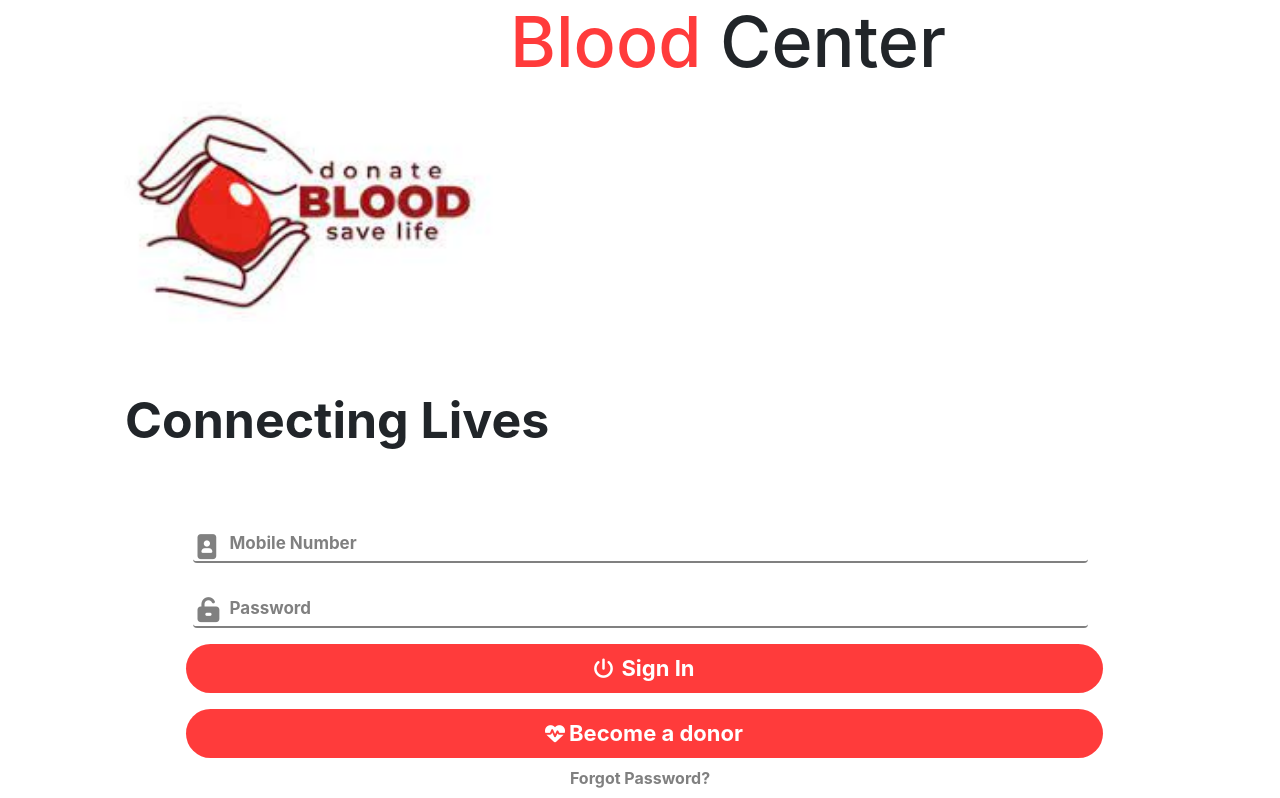
Repository: syedali042/jbds
Page: /
An editor plug-in stored every save of this project. The page is shown before and after the next save, followed by the edit.
The browser window is 1280 px wide. The pictures show the whole page.
Some web libraries are served in a nearby version. The project was rebuilt for these pictures with package versions that can differ from the ones it lists, and the page was loaded fresh each time. Also part of the build but not shown: src/components/Header.js, src/components/About.js, src/components/Register.js, src/components/Header2.js, src/components/Home.js, src/components/Header4.js, src/components/Request.js, src/components/Header3.js and 1 more.

Above is the page before, as saved 2021-11-09 20:18:39.

### public/index.html
<!DOCTYPE html>
<html lang="en">
  <head>
    <meta charset="utf-8" />
    <link rel="icon" href="%PUBLIC_URL%/favicon.ico" />
    <meta name="viewport" content="width=device-width, initial-scale=1" />
    <meta name="theme-color" content="#000000" />
    <meta
      name="description"
      content="Web site created using create-react-app"
    />
    <!--FontAwesome-->
    <script src="https://kit.fontawesome.com/f4576591a8.js" crossorigin="anonymous"></script>
    <!--FontAwesome ends-->
    <!--bootstrap-->
    <link rel="stylesheet" href="https://maxcdn.bootstrapcdn.com/bootstrap/4.0.0/css/bootstrap.min.css"
      integrity="sha384-Gn5384xqQ1aoWXA+058RXPxPg6fy4IWvTNh0E263XmFcJlSAwiGgFAW/dAiS6JXm" crossorigin="anonymous">
    <!--bootstrap ends-->
    <link rel="apple-touch-icon" href="%PUBLIC_URL%/logo192.png" />
    <!--
      manifest.json provides metadata used when your web app is installed on a
      user's mobile device or desktop. See https://developers.google.com/web/fundamentals/web-app-manifest/
    -->
    <link rel="manifest" href="%PUBLIC_URL%/manifest.json" />
    <!--
      Notice the use of %PUBLIC_URL% in the tags above.
      It will be replaced with the URL of the `public` folder during the build.
      Only files inside the `public` folder can be referenced from the HTML.

      Unlike "/favicon.ico" or "favicon.ico", "%PUBLIC_URL%/favicon.ico" will
      work correctly both with client-side routing and a non-root public URL.
      Learn how to configure a non-root public URL by running `npm run build`.
    -->
    <title>React App</title>
  </head>
  <body>
    <noscript>You need to enable JavaScript to run this app.</noscript>
    <div id="root"></div>
    <!--Jquery-->
    <script src="https://code.jquery.com/jquery-3.2.1.slim.min.js"
      integrity="sha384-KJ3o2DKtIkvYIK3UENzmM7KCkRr/rE9/Qpg6aAZGJwFDMVNA/GpGFF93hXpG5KkN" crossorigin="anonymous"></script>
    <script src="https://cdnjs.cloudflare.com/ajax/libs/popper.js/1.12.9/umd/popper.min.js"
      integrity="sha384-ApNbgh9B+Y1QKtv3Rn7W3mgPxhU9K/ScQsAP7hUibX39j7fakFPskvXusvfa0b4Q" crossorigin="anonymous"></script>
    <script src="https://maxcdn.bootstrapcdn.com/bootstrap/4.0.0/js/bootstrap.min.js"
      integrity="sha384-JZR6Spejh4U02d8jOt6vLEHfe/JQGiRRSQQxSfFWpi1MquVdAyjUar5+76PVCmYl" crossorigin="anonymous"></script>
    <!--Jquery ends-->
  </body>
</html>

### src/App.js
import './App.css';
import Login from './components/Login';
import About from './components/About';
import Register from './components/Register';
import Home from './components/Home';
import Request from './components/Request';
import Create from './components/Create';
import {
  BrowserRouter as Router,
  Switch,
  Route,
  Link
} from "react-router-dom";


function App() {
  return (
    <Router>
      <Switch>
        <Route path="/About">
          <About/>
        </Route>
        <Route path="/Login">
          <Login />
        </Route>
        <Route path="/Register">
          <Register />
        </Route>
        <Route path="/Create">
          <Create />
        </Route>
        <Route path="/Request">
          <Request />
        </Route>
        <Route path="/Home">
          <Home />
        </Route>
        <Route path="/">
          <Login />
        </Route>
      </Switch>
    </Router>
  );
}

export default App;

### src/App.css
*{
  margin: 0;
  padding: 0;
}
.con{
  font-size: 25px;
  font-weight: bold;
  position: relative;
  bottom: 35px;
  padding: 5px;
}
.em{
  border: none;
  border-bottom: 2px solid gray;
}
.pass{
  border: none;
  border-bottom: 2px solid gray;
}
.placehorder::placeholder {
  font-weight: bolder;
  color: gray;
  position: relative;
  left: 25px;
  font-size: 17px;
}
.forgot{
  color: gray;
  font-weight: bolder;
}
.login{
  color: gray;
  font-weight: bolder;
}
.fa-portrait{
  font-size: 20px;
  position: relative;
  top: 30px;
  left: 5px;
  color: gray;
}
.fa-unlock-alt{
   font-size: 20px;
  position: relative;
  top: 30px;
  left: 5px;
  color: gray;
}
.sign{
  width: 230px;
  position: relative;
  font-size: 22px;
  border-radius: 30px;
  background-color: #FF3B3B;
  color: white;
  font-weight: bolder;
  border: none;
}
.fa-power-off{
  font-size: 20px;
  position: relative;

  color: white ;
}
.donor{
  width: 230px;
  position: relative;
  font-size: 22px;
  border-radius: 30px;
  background-color: #FF3B3B;
  color: white;
  font-weight: bolder;
  border: none;
  letter-spacing: o.1;
}
.fa-heartbeat{
   font-size: 20px;
  position: relative;

  color: white ;
}
@media screen and (max-width: 440px){

  .con{
  font-size: 20px;
  font-weight: bold;
  position: relative;
  bottom: 35px;
  padding: 5px;
}
.blood{
  font-size: 27px;
}
.img{
  position: relative;
  right: 20px;
}
.formik{
  position: relative;
  bottom: 50px;
}
.pass{
  border: none;
  border-bottom: 2px solid gray;

}

.donor{
  width: 210px;
  position: relative;
  font-size: 22px;
  border-radius: 30px;
  background-color: #FF3B3B;
  color: white;
  font-weight: bolder;
  border: none;
  letter-spacing: o.1;
}
.sign{
  width: 210px;
  position: relative;
  font-size: 22px;
  border-radius: 30px;
  background-color: #FF3B3B;
  color: white;
  font-weight: bolder;
  border: none;
}

}
@media screen and (min-width: 768px){


  .img{
  position: relative;
  width: 400px;
  left: 40px;
}
  .con{
  font-size: 50px;
  font-weight: bold;
  position: relative;
  bottom: 35px;
  padding: 5px;
  left: 50px;
}
.blood{
  font-size: 70px;
  position: relative;
  left: 40px;
}

.name{
  border: none;
  border-bottom: 2px solid gray;
   margin-top: 10px;
  height: 70px;
}


.adress{
    border: none;
  border-bottom: 2px solid gray;
   margin-top: 10px;
  height: 70px;
}
input::placeholder {
  font-weight: bolder;
  color: gray;
  position: relative;
  left: 45px;
  font-size: 30px;
}
.fa-portrait{
  font-size: 25px;
  position: relative;
  top: 37px;
  left: 5px;
  color: gray;
}
.fa-unlock-alt{
   font-size: 25px;
  position: relative;
  top: 35px;
  left: 5px;
  color: gray;
}
.fa-mobile-alt{
    font-size: 30px;
  position: relative;
  top: 55px;
  left: 5px;
  color: gray;
}
.fa-map-marker-alt{
   font-size: 30px;
  position: relative;
  top: 55px;
  left: 5px;
  color: gray;
}
.fa-disease{
 font-size: 30px;
  position: relative;
  top: 55px;
  left: 5px;
  color: gray;
}

.sign{
  width: 300px;
  position: relative;
  font-size: 22px;
  border-radius: 30px;
  background-color: #FF3B3B;
  color: white;
  font-weight: bolder;
  border: none;
}

.donor{
  width: 300px;
  position: relative;

  font-size: 22px;
  border-radius: 30px;
  background-color: #FF3B3B;
  color: white;
  font-weight: bolder;
  border: none;
  letter-spacing: o.1;
}

}
.header{
  background-color: #FF3B3B;
  padding: 3px;
}
.fa-chevron-left{
  color: white;
}
.profile{
  color: white;

}
.kelly{
  font-size: 23px;
  font-weight: bolder;
}
.girl{
  width: 70px;
  border-radius: 50px;
  margin-left: 50px;
  position: relative;
  bottom: 10px;
}
.r1{
  margin-top: 40px;
}

.name{
  border: none;
  border-bottom: 2px solid gray;
}
.num{
   border: none;
  border-bottom: 2px solid gray;
}
.adress{
    border: none;
  border-bottom: 2px solid gray;
}
.r2{
  background-color: rgb(247, 238, 238);
  border-radius: 15px;
  border: 1px solid transparent;
}
.update{

  position: relative;
  font-size: 22px;
  border-radius: 30px;
  background-color: #FF3B3B;
  color: white;
  font-weight: bolder;
  border: none;
}
.fa-mobile-alt{
   font-size: 20px;
  position: relative;
  top: 30px;
  left: 5px;
  color: gray;
}
.bloodGroup{
   border: none;
  border-bottom: 2px solid gray;
}
.fa-disease{
  font-size: 20px;
  position: relative;
  top: 30px;
  left: 5px;
  color: gray;
}
.city{
  border: none;
  border-bottom: 2px solid gray;
}
.fa-map-marker-alt{
  font-size: 20px;
  position: relative;
  top: 30px;
  left: 5px;
  color: gray;
}
.fa-arrow-right{
   font-size: 30px;
  position: relative;
 top: 5px;
  color:white;
}
.bodyOfHeader2{
   background-color: #FF3B3B;
   color: white;
}
.fa-search{
  position: relative;
  left: 90%;
  bottom: 30px;
  color: gray;
  font-size: 25px;
}
.groups{
 display: flex;
 margin-left: 5px;
}
.groups >div {
  background-color: #FF3B3B;
  width: 30px;
  margin: 7px;
  text-align: center;
  font-size: 20px;
  color: white;
  border-radius: 5px;
}
.HomeRow{
  border-bottom: 1px solid gray;
}
.sidebar{
  width: 60%;
  height: 100vh;
  position: absolute;
  background-color: #FF3B3B ;
  z-index: 1;
}
.create{
  color: white;
  margin-right: 30px;
}
.conReq{
  margin-top: 20px;
  background-color: rgb(216, 220, 230);
  border-radius: 5px;
}

### src/components/Login.js
import React from 'react';
import {Formik} from 'formik';


function Login() {
    return (

            <div className="container">
                <div className="row">
                    <img src="./images/download.jfif" alt="there is no image" className="img"/>
                    <h2 className="blood"><span style={{color:'#FF3B3B'}}>Blood</span> Center</h2><br>
                    </br>
                    <h5 className="con">Connecting Lives</h5>
                </div>
                <div className="container">
                    <div className="row">
                        <div className="col-1"></div>
                        <div className="col-10">

                            <div>

                                <Formik
                                    initialValues={{ email: '', password: '' }}
                                    validate={values => {
                                        const errors = {};
                                        if (!values.email) {
                                            errors.email = 'Required';
                                        } else if (
                                            !/^[A-Z0-9._%+-]+@[A-Z0-9.-]+\.[A-Z]{2,}$/i.test(values.email)
                                        ) {
                                            errors.email = 'Invalid email address';
                                        }
                                        return errors;
                                    }}
                                    onSubmit={(values, { setSubmitting }) => {
                                        setTimeout(() => {
                                            alert(JSON.stringify(values, null, 2));
                                            setSubmitting(false);
                                        }, 400);
                                    }}
                                >
                                    {({
                                        values,
                                        errors,
                                        touched,
                                        handleChange,
                                        handleBlur,
                                        handleSubmit,
                                        isSubmitting,
                                        /* and other goodies */
                                    }) => (
                                    <form onSubmit={handleSubmit} className="formik">
                                        <i className="fas fa-portrait"></i>
                                            <input
                                            type="email" className="placehorder form-control em"
                                                name="email"
                                                onChange={handleChange}
                                                onBlur={handleBlur}
                                                value={values.email}
                                                placeholder="Mobile Number"

                                            />

                                            {errors.email && touched.email && errors.email}
                                        <i className="fas fa-unlock-alt"></i>
                                            <input
                                            type="password" className="placehorder form-control pass"
                                                name="password"
                                                onChange={handleChange}
                                                onBlur={handleBlur}
                                                value={values.password}
                                                placeholder="Password"
                                            />

                                            {errors.password && touched.password && errors.password}
                                        <div className="row d-flex align-items-center justify-content-center">
                                            <button type="submit" disabled={isSubmitting} className="sign p-2 mt-3 ml-2 w-100">
                                                <i className="fas fa-power-off mr-2 "></i>Sign In
                                            </button>
                                            <button className="donor p-2 mt-3 ml-2 w-100">
                                                <i className="fas fa-heartbeat mr-1 "></i>Become a donor
                                            </button>
                                            <a href="#" className="forgot p-2">Forgot Password?</a>
                                        </div>

                                        </form>
                                    )}
                                </Formik>
                        </div>
                    </div>
                    <div className="col-1"></div>
                    </div>
                </div>
        </div>
    )
}

export default Login

Loaded but not shown: src/index.js (common file); src/index.css (common file); src/reportWebVitals.js (common file)

After the next save:
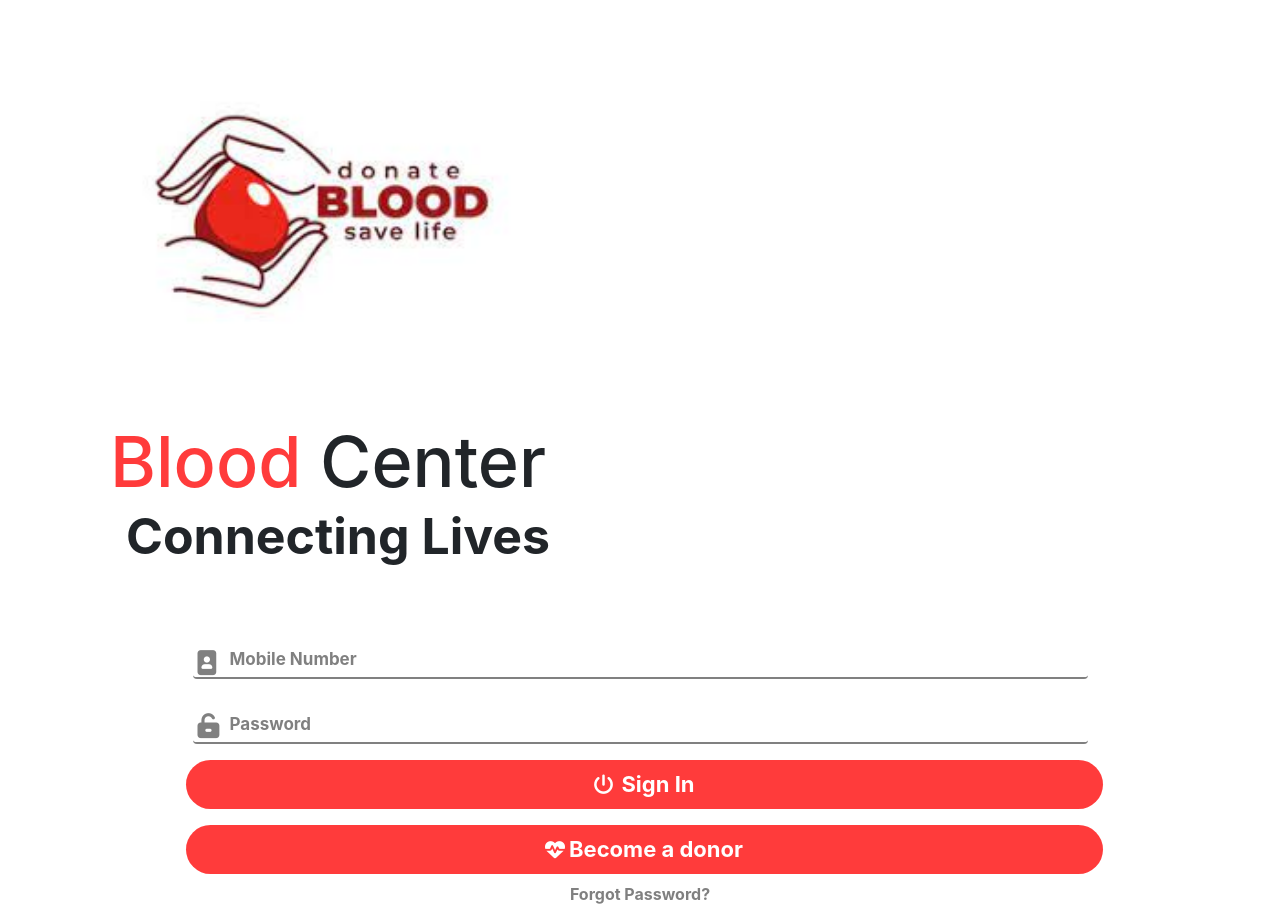
Saved 25 s later.
--- a/src/components/Login.js
+++ b/src/components/Login.js
@@ -7,10 +7,12 @@
 
             <div className="container">
                 <div className="row">
-                    <img src="./images/download.jfif" alt="there is no image" className="img"/>
-                    <h2 className="blood"><span style={{color:'#FF3B3B'}}>Blood</span> Center</h2><br>
-                    </br>
-                    <h5 className="con">Connecting Lives</h5>
+                    <center>
+                        <img src="./images/download.jfif" alt="there is no image" className="img"/>
+                        <h2 className="blood"><span style={{color:'#FF3B3B'}}>Blood</span> Center</h2><br>
+                        </br>
+                        <h5 className="con">Connecting Lives</h5>
+                    </center>
                 </div>
                 <div className="container">
                     <div className="row">

After the save that followed:
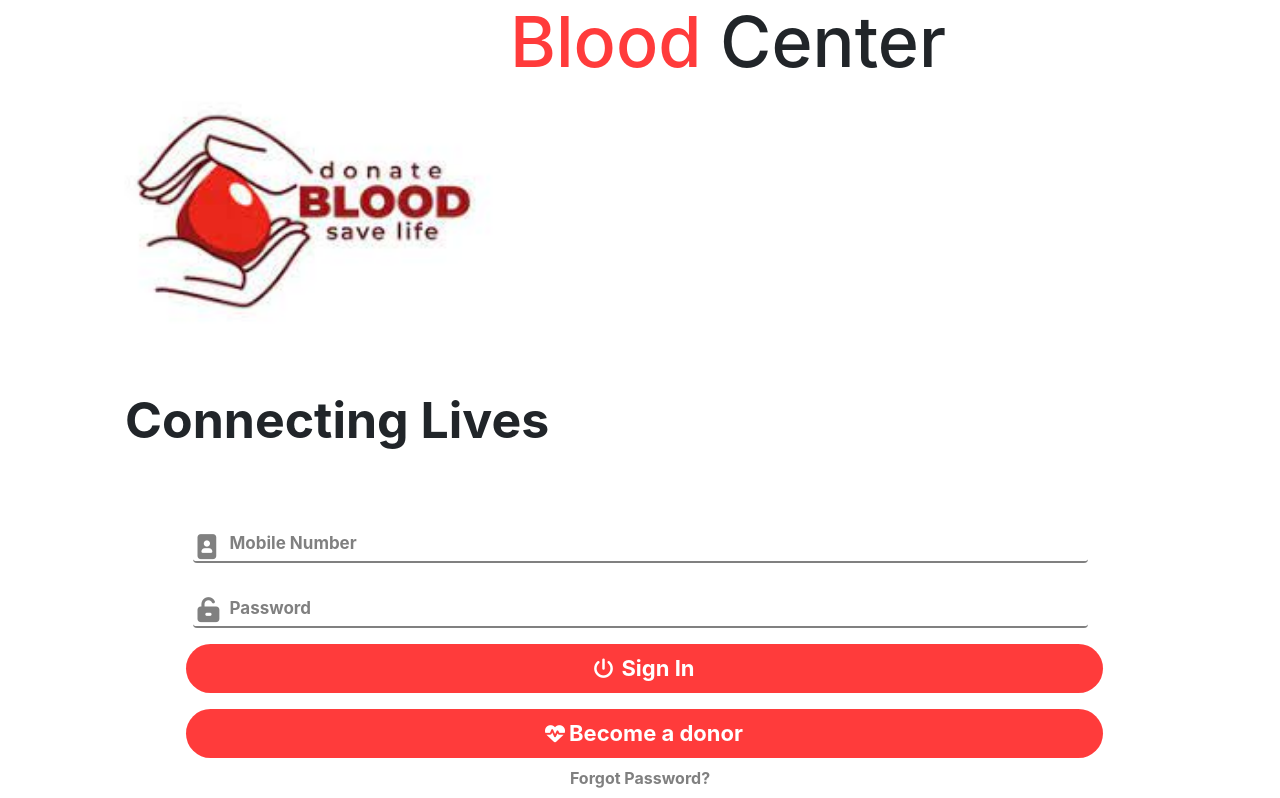
Saved 3 min 6 s later.
--- a/src/components/Login.js
+++ b/src/components/Login.js
@@ -7,12 +7,10 @@
 
             <div className="container">
                 <div className="row">
-                    <center>
                         <img src="./images/download.jfif" alt="there is no image" className="img"/>
                         <h2 className="blood"><span style={{color:'#FF3B3B'}}>Blood</span> Center</h2><br>
                         </br>
                         <h5 className="con">Connecting Lives</h5>
-                    </center>
                 </div>
                 <div className="container">
                     <div className="row">
